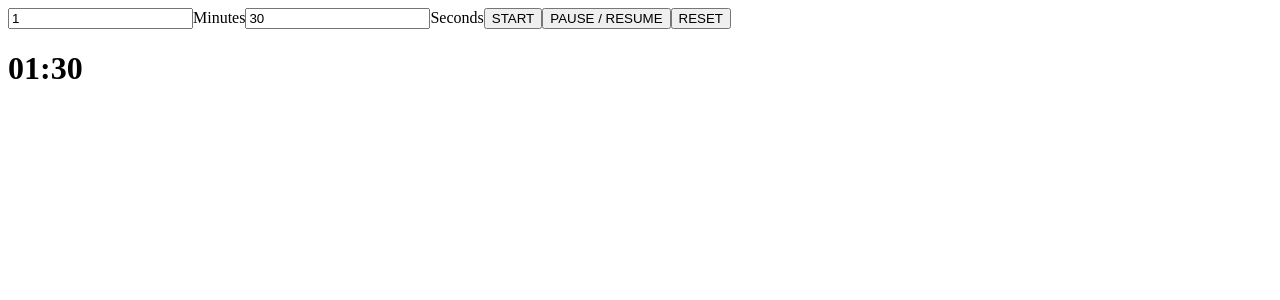
Repository: mariocapitbrok/set-interval-js-timer
Page: /
These files come from the project's save history. The page is drawn as it stood at one moment and after the next save; the edit follows.
The browser window is 1280 px wide. The pictures show the whole page.
The project was rebuilt for these pictures with package versions that can differ from the ones it lists, and the page was loaded fresh each time.

Above is the page before, as saved 2022-07-20 17:22:48.

### src/App.js
import React from 'react'
import Solution from './components/solution'

function App() {
  return (
    <>
      <Solution />
    </>
  )
}

export default App

### src/components/solution.jsx
import React, { Fragment, useState, useEffect } from 'react'

const calculateTime = prevSeconds => {
  const minutes = Math.floor(prevSeconds / 60)
  const seconds = prevSeconds - minutes * 60

  return { minutes, seconds }
}

const twoDigits = number => {
  return number < 10 ? '0' + number : String(number)
}

function Solution() {
  const [config, setConfig] = useState({ minutes: 1, seconds: 30 })
  const [configHistory, setConfigHistory] = useState([])

  const [time, setTime] = useState(null)
  const [minutes, setMinutes] = useState(0)
  const [seconds, setSeconds] = useState(0)

  const [timerId, setTimerId] = useState(null)
  const [start, setStart] = useState(false)
  const [pause, setPause] = useState(false)
  const [stop, setStop] = useState(false)

  const countDown = () => {
    setTime(time => {
      while (time > 0) {
        return time - 1
      }
      return null
    })

    if (time === 0) {
      clearInterval(timerId)
      setTimerId(null)
      setStart(false)
      setStop(true)
      setTime(0)
      return
    }
  }

  const setTimer = () => {
    const newTimerId = setInterval(countDown, 100)
    setConfigHistory([...configHistory, config])
    return newTimerId
  }

  useEffect(() => {
    const newTime = config.minutes * 60 + config.seconds
    setTime(newTime)
    setTimerId(setTimer())
    // eslint-disable-next-line react-hooks/exhaustive-deps
  }, [])

  useEffect(() => {
    setMinutes(calculateTime(time).minutes)
    setSeconds(calculateTime(time).seconds)

    if (minutes === 0 && seconds === 0) {
      if (timerId) stopTimer()
    }
    // eslint-disable-next-line react-hooks/exhaustive-deps
  }, [time])

  const differentValues = () => {
    console.log(configHistory)
    return config !== configHistory[configHistory.length - 1]
  }

  const startTimer = () => {
    if (differentValues()) {
      resetTimer()
      setTimerId(setTimer())
      console.log('different values')
    } else {
      if (start && !stop) return
      if (minutes === 0 && seconds === 0) resetTimer()
      if (timerId) setTimerId(setTimer())
    }

    setStart(true)
    setStop(false)
    console.log(configHistory)
  }

  const pauseTimer = () => {
    if (!time) return
    if (!stop) stopTimer()
    if (!start) startTimer()

    setPause(!pause)
  }

  const resetTimer = () => {
    stopTimer()

    const newTime = config.minutes * 60 + config.seconds
    setTime(newTime)

    setMinutes(config.minutes)
    setSeconds(config.seconds)
    return
  }

  const stopTimer = () => {
    if (timerId) clearInterval(timerId)

    setStop(true)
    setStart(false)
  }

  return (
    <Fragment>
      <label>
        <input
          type="number"
          onChange={({ target }) =>
            setConfig({ ...config, minutes: Number(target.value) })
          }
          value={config.minutes}
        />
        Minutes
      </label>
      <label>
        <input
          type="number"
          onChange={({ target }) =>
            setConfig({ ...config, seconds: Number(target.value) })
          }
          value={config.seconds}
        />
        Seconds
      </label>

      <button onClick={startTimer} disabled={false}>
        START
      </button>
      <button onClick={pauseTimer}>PAUSE / RESUME</button>
      <button onClick={resetTimer}>RESET</button>

      <h1 data-testid="running-clock">{`${twoDigits(minutes)}:${twoDigits(
        seconds
      )}`}</h1>
    </Fragment>
  )
}

export default Solution

Loaded but not shown: public/index.html (common file); src/index.js (common file)

After the next save:
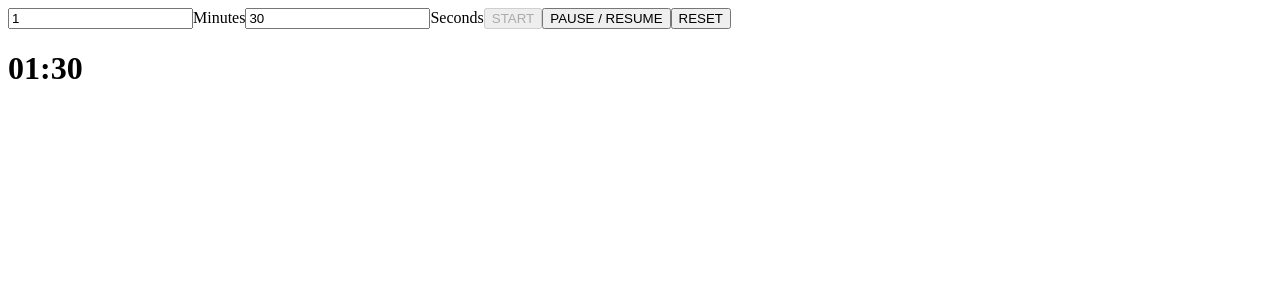
Saved 9 s later.
--- a/src/components/solution.jsx
+++ b/src/components/solution.jsx
@@ -135,7 +135,7 @@
         Seconds
       </label>
 
-      <button onClick={startTimer} disabled={false}>
+      <button onClick={startTimer} disabled={true}>
         START
       </button>
       <button onClick={pauseTimer}>PAUSE / RESUME</button>

After the save that followed:
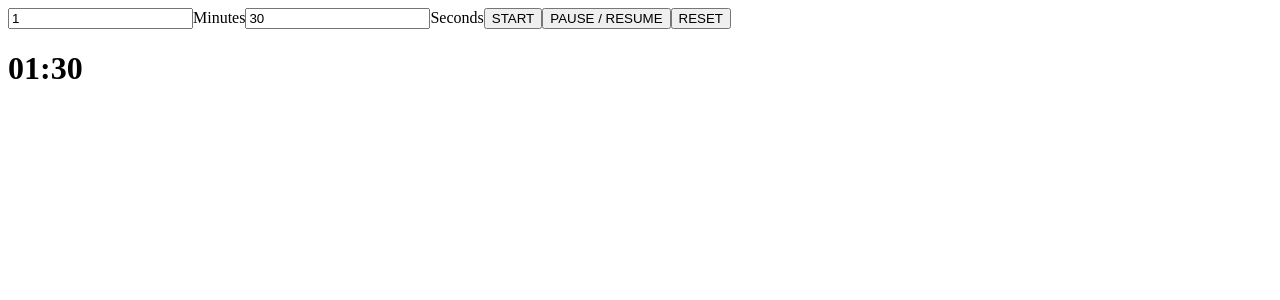
Saved 26 s later.
--- a/src/components/solution.jsx
+++ b/src/components/solution.jsx
@@ -135,7 +135,7 @@
         Seconds
       </label>
 
-      <button onClick={startTimer} disabled={true}>
+      <button onClick={startTimer} disabled={start ? true : false}>
         START
       </button>
       <button onClick={pauseTimer}>PAUSE / RESUME</button>
